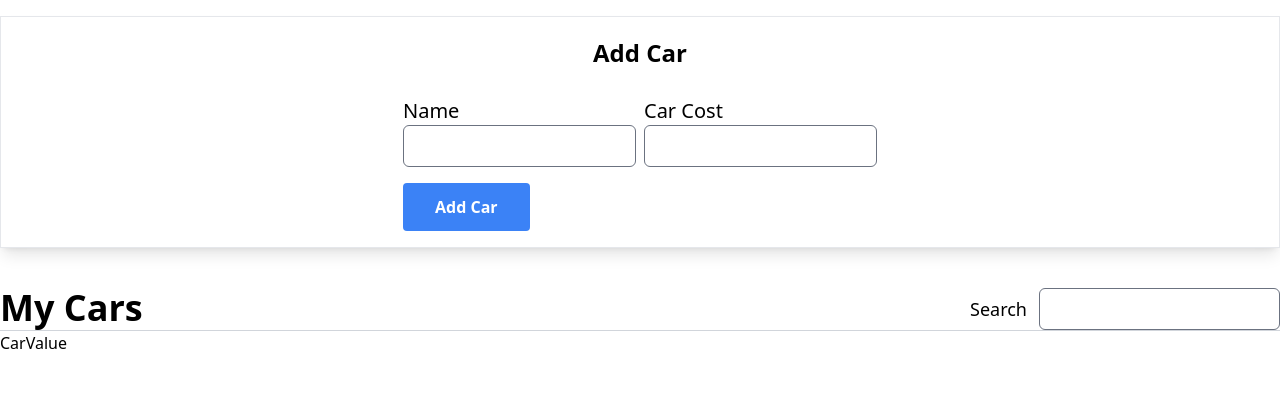
Repository: Marhamat92/carsappreduxtoolkit
Page: /
The author's editor kept a copy of each file at every save. The page is drawn from the files as they stood at one save, then again after the next save.
The browser window is 1280 px wide. The pictures show the whole page.
The project was rebuilt for these pictures with package versions that can differ from the ones it lists, and the page was loaded fresh each time.

Above is the page before, as saved 2023-01-24 00:07:39.

### src/index.js
import React from 'react';
import ReactDOM from 'react-dom/client';
import './index.css';
import App from './App';
import { Provider } from 'react-redux';
import { store } from './store'


const root = ReactDOM.createRoot(document.getElementById('root'));
root.render(
  <Provider store={store}>
    <App />
  </Provider>
);

### src/App.js
import CarForm from "./components/CarForm";
import CarList from "./components/CarList";
import CarSearch from "./components/CarSearch";
import CarValue from "./components/CarValue";


function App() {
  return (
    <div className="container mx-auto">
      <CarForm />
      <CarSearch />
      <CarList />
      <CarValue />
    </div>
  );
}

export default App;

### src/store/index.js
import { configureStore } from "@reduxjs/toolkit";
import {
  carsReducer,
  addCar,
  removeCar,
  changeSearchTerm,
} from "./slices/carsSlice";
import { formReducer, changeName, changeCost } from "./slices/formSlice";

const store = configureStore({
  reducer: {
    cars: carsReducer,
    form: formReducer,
  },
})

export { store, addCar, removeCar, changeSearchTerm, changeName, changeCost };

### src/components/CarForm.js
import React from 'react'
import { useDispatch, useSelector } from 'react-redux'
import { changeName, changeCost, addCar } from '../store'



function CarForm() {
  const dispatch = useDispatch(); // this is the hook that allows us to dispatch actions to the store
  const { name, cost } = useSelector((state) => { // this is the hook that allows us to access the store
    return {
      name: state.form.name,
      cost: state.form.cost
    }
  })


  const handleNameChange = (e) => {
    dispatch(changeName(e.target.value))
  }

  const handleCostChange = (e) => {
    const carCost = parseInt(e.target.value) || 0;
    dispatch(changeCost(carCost))

  }


  const handleSubmit = (e) => {
    e.preventDefault();
    dispatch(addCar({ name, cost }))
  }


  //!after adding a car, clear the form fields with extra reducers which will be added to the formSlice,otherwise we can use dispatch(changeName('')) and dispatch(changeCost(0)) to clear the form fields but it is not a good practice



  return (
    <div className='flex flex-col items-center justify-center border shadow-lg py-4 mt-4'>
      <h1 className='font-bold text-2xl py-1' >Add Car</h1>
      <div className='mt-6'>
        <form onSubmit={handleSubmit} className=''>
          <div className='flex flex-row space-x-2'>
            <div className='flex flex-col'>
              <label className='text-xl' htmlFor='make'>Name</label>
              <input className=' border border-gray-500 rounded-md py-2

              ' value={name} onChange={handleNameChange} type='text' name='carName' id='carName' />
            </div>
            <div className='flex flex-col'>
              <label className='text-xl' htmlFor='price'>Car Cost</label>
              <input className=' border border-gray-500 rounded-md py-2

              ' value={cost || ''} onChange={handleCostChange} type='number' name='price' id='price' />
            </div>
          </div>
          <button className='bg-blue-500 hover:bg-blue-700 text-white font-bold py-3  px-8 rounded mt-4' type='submit'>Add Car</button>
        </form>
      </div>
    </div>
  )
}

export default CarForm

### src/components/CarList.js
import React from 'react'
import { useSelector, useDispatch } from 'react-redux'
import { removeCar } from '../store'


function CarList() {


  const dispatch = useDispatch();

  const cars = useSelector((state) => {
    return state.cars.data;
  })

  const handleDeleteCar = (car) => {
    dispatch(removeCar(car.id))
  }



  const renderedCars = cars.map((car) => {
    return (
      <div className='flex justify-between space-y-3 items-center shadow-lg mt-4 py-2 px-4 rounded-md' key={car.id}>
        <p className='text-3xl' >{car.name} - ${car.cost}</p>
        <button onClick={() => handleDeleteCar(car)} className='bg-red-500 px-4 py-2 text-3xl rounded-md'>
          Remove
        </button>
      </div>
    )
  })




  return (
    <div>{renderedCars}</div>
  )
}

export default CarList

### src/components/CarSearch.js
import React from 'react'
import { useSelector, useDispatch } from 'react-redux'
import { changeSearchTerm } from '../store'


function CarSearch() {

  const dispatch = useDispatch();
  const searchTerm = useSelector((state) => {

    return state.cars.searchTerm

  })

  const handleSearchCarTerm = (e) => {
    dispatch(changeSearchTerm(e.target.value))
  }



  return (
    <div>
      <div className='flex justify-between mt-10 border-b border-gray-300' >
        <h1 className='text-4xl font-bold' >My Cars</h1>
        <div className='flex space-x-3 items-center' >
          <label className='text-lg' htmlFor="">Search</label>
          <input value={searchTerm} onChange={handleSearchCarTerm} className='pl-2 border border-gray-500 py-2 rounded-md' type="text" />
        </div>
      </div>
    </div>
  )
}

export default CarSearch

### src/components/CarValue.js
import React from 'react'

function CarValue() {
  return (
    <div>CarValue</div>
  )
}

export default CarValue

### src/store/slices/carsSlice.js
import { createSlice, nanoid } from '@reduxjs/toolkit';

const carsSlice = createSlice({
  name: 'cars',
  initialState: {
    data: [],
    searchTerm: ''
  },
  reducers: {
    changeSearchTerm(state, action) {
      state.searchTerm = action.payload;
    },
    addCar(state, action) {
      //Assumption:
      //action.payload is an object with the following properties:
      //name, cost, id
      state.data.push({
        name: action.payload.name,
        cost: action.payload.cost,
        id: nanoid()
      })
    },
    removeCar(state, action) {
      //Assumption:
      //action.payload is the id of the car to remove
      const updatedCars = state.data.filter((car) => {
        return car.id !== action.payload;
      })
      state.data = updatedCars;
    }

  }
})

export const { changeSearchTerm, addCar, removeCar } = carsSlice.actions;
export const carsReducer = carsSlice.reducer;

### src/store/slices/formSlice.js
import { createSlice } from '@reduxjs/toolkit';
import { addCar } from './carsSlice';

const formSlice = createSlice({
  name: 'form',
  initialState: {
    name: '',
    cost: 0
  },
  reducers: {
    changeName(state, action) {
      state.name = action.payload;
    },
    changeCost(state, action) {
      state.cost = action.payload;
    }
  },
  extraReducers(builder) {
    builder.addCase(addCar, (state, action) => {
      state.name = '';
      state.cost = 0;
    })
  }
})

//extraReducers is a function that takes a builder object as an argument and we can use the builder object to add extra reducers to the formSlice
//addCase is a function that takes an action and a reducer as arguments and adds the reducer to the formSlice
//the reducer will be called when the action is dispatched


export const { changeName, changeCost } = formSlice.actions;
export const formReducer = formSlice.reducer;

Loaded but not shown: public/index.html (common file); src/index.css (common file); tailwind.config.js (common file)

After the next save:
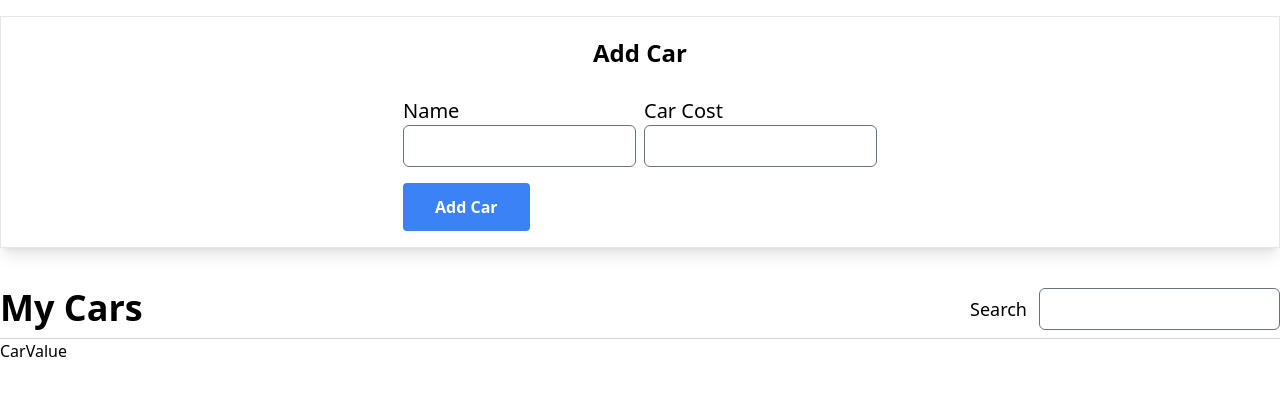
Saved 7 s later.
--- a/src/components/CarSearch.js
+++ b/src/components/CarSearch.js
@@ -20,7 +20,7 @@ function CarSearch() {
 
   return (
     <div>
-      <div className='flex justify-between mt-10 border-b border-gray-300' >
+      <div className='flex justify-between mt-10 border-b border-gray-300 pb-2' >
         <h1 className='text-4xl font-bold' >My Cars</h1>
         <div className='flex space-x-3 items-center' >
           <label className='text-lg' htmlFor="">Search</label>
